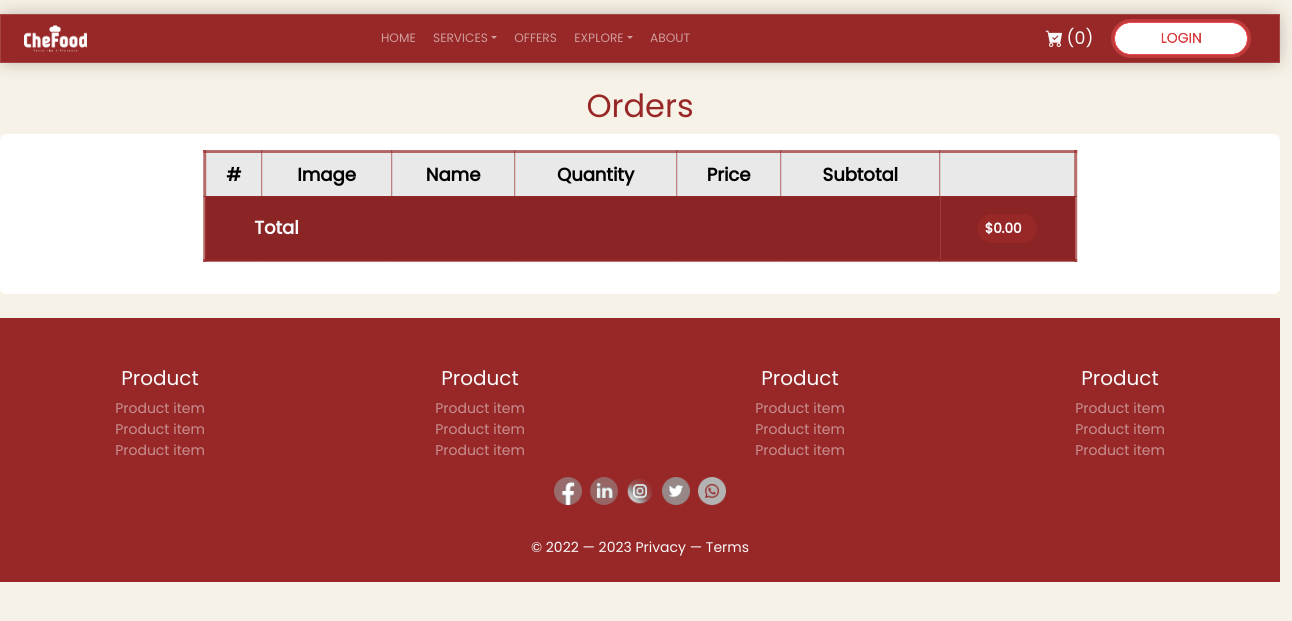
Repository: qamchamine/chefood
Page: /cart (app in front-end/)
The author's editor kept a copy of each file at every save. The page is drawn from the files as they stood at one save, then again after the next save.
The browser window is 1280 px wide. The page is 1292 px wide, so the pictures cover 1292 px, including what lies to the right of the window. The pictures show the whole page.
The project was rebuilt for these pictures with package versions that can differ from the ones it lists, and the page was loaded fresh each time. Some packages were replaced by stand-ins written for this rebuild. Also part of the build but not shown: front-end/src/css/products.css, front-end/src/components/small_components/ProductCard.jsx, front-end/src/components/small_components/AddProduct.jsx, front-end/src/components/pages/sub-pages/Products.jsx, front-end/src/components/small_components/ButtonMain.jsx, front-end/src/components/small_components/HomeCard.jsx, front-end/src/components/small_components/HomeCardFullSection.jsx, front-end/src/components/pages/Home.jsx and 34 more. Imported but missing from the stored project, and not drawn on this page: front-end/src/sounds/applause.mp3, front-end/src/sounds/wheel.mp3.

Above is the page before, as saved 2023-06-25 20:34:19.

### front-end/public/index.html
<!DOCTYPE html>
<html lang="en">
  <head>
    <meta charset="utf-8" />
    <link rel="icon" href="%PUBLIC_URL%/favicon.ico" />
    <meta name="viewport" content="width=device-width, initial-scale=1" />
    <meta name="theme-color" content="#000000" />
    <meta
      name="description"
      content="Web site created using create-react-app"
    />
    <link
    rel="stylesheet"
    href="https://fonts.googleapis.com/css?family=Roboto:400,700"
  />
  <link rel="stylesheet" href="https://cdn.jsdelivr.net/npm/bootstrap-icons@1.10.5/font/bootstrap-icons.css">

    <link rel="apple-touch-icon" href="%PUBLIC_URL%/logo192.png" />
    <link rel="manifest" href="%PUBLIC_URL%/manifest.json" />

    <link rel="stylesheet" href="https://fonts.googleapis.com/icon?family=Material+Icons">

    <link rel="stylesheet" href="https://maxcdn.bootstrapcdn.com/font-awesome/4.7.0/css/font-awesome.min.css">
    <script src="https://code.jquery.com/jquery-3.5.1.min.js"></script>
    <script src="https://cdn.jsdelivr.net/npm/popper.js@1.16.0/dist/umd/popper.min.js"></script>




    <title>React App</title>
  </head>
  <body>

    <div id="root"></div>
<!--     <script src="jquery/jquery-3.6.0.js"></script>  -->
    <script src="https://unpkg.com/sweetalert/dist/sweetalert.min.js"></script>

  </body>
</html>

### front-end/src/config/ShoppingContext.jsx

  import React, { createContext, useState, useEffect } from 'react';
  import Swal from 'sweetalert2'
  import axios from 'axios';

   const ShoppingContext = createContext();

const ShoppingProvider = ({ children }) => {
/*     const [orders,setOrders] = useState([])
     */

/*       function removeFromCart(item){
        setCartItems(cartItems.filter(product => product.id !== item.id));
        Swal.fire({
          position: 'top-end',
          icon: 'success',
          title: 'Your item has been removed',
          showConfirmButton: false,
          timer: 1500
        });
      } */

      return (
    <ShoppingContext.Provider value={
        { /* orders,setOrders */
          /* products,  cartItems, removeFromCart */
        }
      }>      {children}
    </ShoppingContext.Provider>
  );
};
export { ShoppingContext, ShoppingProvider }

### front-end/src/components/Footer.jsx
import React, { useEffect } from 'react'

import Facebook from '../images/icons/facebook.png'
import Linkedin from '../images/icons/linkedin.png'
import Instagram from '../images/icons/instagram.png'
import Twitter from '../images/icons/twitter.png'
import Whatsapp from '../images/icons/whatsapp.png'
import './../css/nav-footer.css';
export default function Footer() {

    return (
        <div className='footer container-fluid' style={{ background: '#982727' }}>
            <footer className=' py-2 pt-5 d-grid text-light'>
                <div className='row justify-content-around text-center '>
                    <div className='d-grid col-6 col-sm-12 col-md-6 col-lg-4 col-xl-3'>
                        <h5>Product</h5>
                        <a className='text-decoration-none text-light opacity-50' href="">Product item</a>
                        <a className='text-decoration-none text-light opacity-50' href="">Product item</a>
                        <a className='text-decoration-none text-light opacity-50' href="">Product item</a>
                    </div>
                    <div className='d-grid col-6 col-sm-12 col-md-6 col-lg-4 col-xl-3'>
                        <h5>Product</h5>
                        <a className='text-decoration-none text-light opacity-50' href="">Product item</a>
                        <a className='text-decoration-none text-light opacity-50' href="">Product item</a>
                        <a className='text-decoration-none text-light opacity-50' href="">Product item</a>
                    </div>
                    <div className='d-grid col-6 col-sm-12 col-md-6 col-lg-4 col-xl-3'>
                        <h5>Product</h5>
                        <a className='text-decoration-none text-light opacity-50' href="">Product item</a>
                        <a className='text-decoration-none text-light opacity-50' href="">Product item</a>
                        <a className='text-decoration-none text-light opacity-50' href="">Product item</a>
                    </div>
                    <div className='d-grid col-6 col-sm-12 col-md-6 col-lg-4 col-xl-3'>
                        <h5>Product</h5>
                        <a className='text-decoration-none text-light opacity-50' href="">Product item</a>
                        <a className='text-decoration-none text-light opacity-50' href="">Product item</a>
                        <a className='text-decoration-none text-light opacity-50' href="">Product item</a>
                    </div>
                </div>
                <div className='footer-icons row justify-content-center py-3 '>
                    <div className='d-flex gap-2 justify-content-center'>
                        <a href=""> <img src={Facebook} className='footer-icon' alt="" /> </a>
                        <a href=""> <img src={Linkedin} className='footer-icon' alt="" /> </a>
                        <a href=""> <img src={Instagram} className='footer-icon' alt="" /> </a>
                        <a href=""> <img src={Twitter} className='footer-icon' alt="" /> </a>
                        <a href=""> <img src={Whatsapp} className='footer-icon' alt="" /> </a>

                    </div>
                </div>
                <div className='row justify-content-center py-3'>
                    © 2022 — 2023 Privacy — Terms
                </div>
            </footer>
        </div>

    )
}

### front-end/src/components/small_components/shopping/Cart.jsx
import React,{useContext ,useEffect, useState} from 'react';
import axios from 'axios';
import '../../../css/cart.css'
import { ShoppingContext } from '../../../config/ShoppingContext';
import { LoginContext } from '../../../config/LoginContext';
import { getProd } from '../../pages/sub-pages/Products';
export default function Cart() {
    const {orders, setOrders} = useContext(LoginContext);
    const {prod, setProd} = useContext(LoginContext);
    const {userData, setUserData} = useContext(LoginContext);
    const {isLoggedIn} = useContext(LoginContext);
    const {loading, setLoading} = useContext(LoginContext);
    const [userOrders, setUserOrders] = useState([]);

/* useEffect(() => {
  setUserOrders(orders.filter(el=>el.user_id === 1))

  console.log(userOrders);
},[]); */

    return (
        <div className="row my-4 cart-page ">
            <h2 className='text-center' style={{color:'#982727'}}>Orders</h2>
            <div className="col-md-12">
                <div className="card">
                    <div className="card-body">
                        <table className="table table-light ajouterPanierTable table-bordered">
                            <thead>
                                <tr>
                                    <th >#</th>
                                    <th >Image</th>
                                    <th >Name</th>
                                    <th >Quantity</th>
                                    <th >Price</th>
                                    <th>Subtotal</th>
                                    <th ></th>
                                </tr>
                            </thead>
                            <tbody>
                            { isLoggedIn?orders.map((item,i) => (
                                    <tr key={item.id}>

                                        <th scope="row">{i+1}</th>
                                        <td>
                {/*                             <img src={require(`../../../images/products/${prod.find(el=>el.id==item.product_id).category} (${prod.find((el,i)=>el.id===item.product_id).img}).png`)} alt={item.product_name}
                                                className="img-fluid rounded"
                                                width={60} height={60} /> */}
                                        </td>
                                        <td>{item.product_name}</td>
                                        <td>

                                            <b className="mx-2">
                                                {item.product_quantity}
                                            </b>

                                        </td>
                                        <td>{prod.find((el,i)=>el.id===item.product_id).price} <b>MAD</b> </td>
                                       <td>{(item.product_quantity * prod.find((el,i)=>el.id===item.product_id).price).toFixed(2)} MAD</td>
                                        <td>
                                            <i
                                                className="bi bi-cart-x text-danger"
                                                style={{cursor: 'pointer'}}
                                          /*       onClick={() => removeFromCart(item)} */
                                            ></i>
                                        </td>
                                    </tr>
                                )): ''
                            }
                            <tr className='cart-footer'>
                                <th  colSpan={6} className="text-start ps-5 text-light" style={{background:'#982727'}}>
                                    Total
                                </th>
                                <th style={{background:'#982727'}} colSpan={1} className=" py-3 text-light">
                                    <span style={{background:'#982727'}} className="badge text-center p-2 rounded-pill pe-3"
                                    >
                                        $
                                        {
                                            orders.reduce((acc,item) => acc += item.product_quantity * prod.find((el,i)=>el.id===item.product_id).price,0).toFixed(2)
                                        }
                                    </span>
                                </th>
                            </tr>
                            </tbody>
                        </table>
                    </div>
                </div>
            </div>
        </div>
    )
}

### front-end/src/css/home.css
.homeBG {
    height: fit-content;
    position: relative;
    right: -10%;
    top: 34%;
    z-index: -1;
    width: 100em !important;


}
@font-face {
    font-family: 'poppin';
    src: url('../fonts/Poppins/Poppins-Regular.ttf') ;
    font-weight: normal;
    font-style: normal;
  }
body {
    font-family:'poppin', sans-serif !important;
    background-color: #F7F2E7 !important;
    max-width: 100vw;
    font-weight: normal !important;
    overflow-x: hidden;
    font-size: 14px !important;
}

body::-webkit-scrollbar {
    width: 0;
}

.nb {
/*     position: fixed; */
/*     top: 1em; */
    background-color: #982727 !important;
    box-shadow: 0 0px 20px #1f020241;
    border: 1px solid #ffffff22;
}

.navbar {
    background-color: #982727 !important;
}

.changeColor {
    background-color: blue !important;
}

.signUP {
    background: white !important;
    color: #982727 !important;
    font-weight: bold !important;
    outline: 5px solid #982727ab;
    outline-offset: -2px;
    transition: 500ms ease;


}

.homeContent {
    height: 90vh;
    z-index: 0;
    margin-top: -1.5em !important;
}

.homeContent h1 {
    color: #F7F2E7;
    text-align: start;
width: 40vw !important;
}

.homeContent h1 span {
    position: relative;
    display: inline-block;
    margin-bottom: 10px;
    padding: 4px 20px 8px;
    transition: 1s ease;
}

.homeContent h1 span::before {
    content: '';
    position: absolute;
    background: #982727;
    left: 0;
    top: 0;
    z-index: -1;
    width: 100%;
    height: 100%;
    transform: skew(-10deg);
}

.homeContent h1 span:last-child::before {
    transform: skew(10deg);
}

.homeContent p {
    width: 72%;
    color: #982727;
    text-align: left;
}

.homeContent .homeMainButtons {
    width: 72%;
}

.cardBtn {
    transition: 1s ease;
}

.cardBtn:hover {
    filter: brightness(130%);

}

.cardBtn i {
    left: 63%;
    transition: 300ms ease;
}

.cardBtn:hover i {
    left: 75%;
}

.btnMain:hover {
    filter: brightness(130%);
}

.card-img-top {
    object-fit: cover;
}

.signUP:hover {

    background: #982727 !important;
    color: white !important;
    font-weight: bold !important;
    outline: 5px solid #ffffff55;
    outline-offset: -4px;
}

.cardsGroup:not(:first-child) {
    translate: 50% 0;
}

.arrow-1-1 {
    position: absolute;
    top: 50%;
    left: 0;
}

.home .carousel-control-prev-icon,
.home .carousel-control-next-icon {

    width: 1.3em;
    height: 1.3em;
    color:black !important;

    outline: 12px solid #982929;
    outline-offset: -1px;
    background-color: #982929;
    background-size: 100%, 100%;
    border-radius: 50%;
    box-shadow: 0 0 10px black;
}

.home .carousel-control-prev,
.home .carousel-control-next {
    z-index: 10;
    width: 4em !important;
/*     background: red; */

}

/* .py-4 {
    padding-top: 0rem !important;
    padding-bottom: 0rem !important;
} */

.nb{
    zoom:87%;
}

### front-end/src/css/cart.css
.ajouterPanierTable td{
    font-size: .9em;
    width: fit-content !important;
    text-align: center;
}
.ajouterPanierTable th{
    width: fit-content !important;
    text-align: center;
    background: rgba(0, 0, 0, 0.088) !important;
}
.ajouterPanierTable .cart-footer{
    background: #982727 !important;
    vertical-align: middle !important;
}

.ajouterPanierTable {
width: 70% !important;
position: relative;
left: 50%;
translate: -50% 0;
border: .2em solid #982727aa !important;
}
.cart-page .card {
    box-shadow:none;
}

### front-end/src/css/Reviews.css
.Reviews-color
{
  color : #982727;
  text-transform: uppercase;
  letter-spacing: 0.5em;
}
.Reviews-paragraph
{
  font-size: 0.8em;
}
.parent-card{
    margin-top:50px !important;
}
.card
{
    border: none !important;
    box-shadow: 0 4px 8px 0 rgba(0, 0, 0, 0.2), 0 6px 20px 0 rgba(0, 0, 0, 0.19);
}
.user-name
{
    color : #000D7E;
}
.description
{
    color: #982727;
    font-size: 0.75em;
}
.comment{
    margin:5px;
    font-size:0.55em;
}
.reviewCardImage{
    margin-top:16px;
}
.reviewCard:hover .reviewCardImage{
    scale:1.2;
    margin-inline:.3em;
}
.reviewCard:hover .reviewCardImage{
    transition:300ms ease;
}
.reviewCard:hover .hoverstar{
    scale:1.2;
    margin-inline:.3em;
}
.reviewCard .hoverstar{
    transition:300ms ease;
}
.reviewCardImage{
    width:40%;
    transition:300ms ease;
}

.reviewCard strong{
    left:50%;
    translate:-50% 0;
    width:100%;
    bottom:.9em;
}

.the-bottom-page{
    margin-top:25px;
    position: absolute;
    left: auto;
    right: 0;
}

@media (max-width: 1200px) { /* Extra large devices (large desktops, 1200px and up) */
    .card {
      width: 100%;
    }
    .col-4 {
      width: 33.33333333%;
    }
    strong img{
        width: 19px;
    }
  }
  @media (max-width: 1118px) { /* Large devices (desktops, 992px and up) */
    .card {
      width: 100%;
    }
    .col-4 {
        width: 33.33333333%;
    }
    strong img{
        width: 16px;
    }
  }
  @media (max-width: 992px) { /* Medium devices (tablets, 768px and up) */
    .card {
        width: 140%;
    }
  }
  @media (max-width: 770px) { /* Medium devices (tablets, 768px and up) */
    .card {
        width: 95%;
    }
    .col-4 {
        width: 25% !important;
    }
    .parent-card
    {
        --bs-gutter-x: 0.5rem;
        display: grid !important;
        grid-template-columns: repeat(2, 1fr);
    }
    .col-4 {
        margin-top:10px !important;
        width: 60% !important;
    }
  }
  @media (max-width: 716px) { /* Small devices (landscape phones, 576px and up) */

    .card {
        width: 95%;
    }
        strong img{
        width: 16px;
    }
  }
  @media only screen and (max-width: 576px){ /* Small devices (landscape phones, 576px and up) */

    .card {
        width: 95%;
    }
    .col-md-2 {
        flex: 0 0 16.666667%;
        max-width: 16.666667%;
    }
    strong img{
        width: 16px;
    }
  }

  @media only screen and (max-width: 528px){ /* Small devices (landscape phones, 576px and up) */

    .card {
        width: 70%;
        margin-left:30px;
    }
    .parent-card
    {
        --bs-gutter-x: 0.5rem;
        display: grid !important;
        grid-template-columns: repeat(1, 1fr);
    }
    .col-md-2 {
        flex: 0 0 16.666667%;
        max-width: 16.666667%;
    }
    strong img{
        width: 16px;
    }
  }

  @media only screen and (max-width: 365px){ /* Small devices (landscape phones, 576px and up) */

    .card {
        width: 80%;
        margin-left:20px;
    }
    .parent-card
    {
        --bs-gutter-x: 0.5rem;
        display: grid !important;
        grid-template-columns: repeat(1, 1fr);
    }
    .col-md-2 {
        flex: 0 0 16.666667%;
        max-width: 16.666667%;
    }
    strong img{
        width: 16px;
    }
  }

### front-end/src/css/location.css
@import url('https://fonts.googleapis.com/css2?family=Roboto:wght@100&display=swap');

.location-color
{
  color : #982727;
  text-transform: uppercase;
  letter-spacing: 0.3em;
}
.where-restorant
{
    width: 459px;
    margin:auto;
}
.restorant-location-title{
    font-family: 'Century Gothic';
    font-size:32px;
    font-weight:400;
}
.restorant-location-line{
    background:#B12222;
    height: 3px;
    width: 450px;
    display: inline-block;
    margin: 15px auto;
}
.restorant-location-p
{
    color:#000000 75%;
    font-size: 15px;
    font-weight: 400;
    font-family: 'Roboto', sans-serif;
}
.main-location{
    display: grid !important;
    grid-template-columns: repeat(2, 1fr);
    flex-direction: column;
    justify-content: center;
    align-items: center;
    text-align:center;
}
.restorant-location-btn{
    background-color: #B12222;
    border: none;
    width: 300px;
    height: 40px;
    border-radius: 15px;
    color: #fff;
}
.restorant-location-btn:hover{
    background-color: #fff;
    border: 2px solid #B12222;
    border-radius: 15px;
    color: #B12222;
}
.location-icon{
    margin-right: 15px;
}


  @media (max-width: 1123px) { /* Extra large devices (large desktops, 1200px and up) */
    .earth-image img{
        width: 450px;
    }
  }
  @media (max-width: 992px) { /* Medium devices (tablets, 768px and up) */
    .earth-image img{
        width: 400px;
    }
    .where-restorant {
        width: 400px;
        margin: auto;
    }
    .restorant-location-line{
        width: 350px;
        display: inline-block;
    }
  }
  @media (max-width: 868px) { /* Medium devices (tablets, 768px and up) */

    .earth-image img{
        width: 380px;
    }
    .where-restorant {
        width: 380px;
        margin: auto;
    }
    .restorant-location-line{
        width: 320px;
        display: inline-block;
    }
    .restorant-location-p{
        font-size: 13px;
    }
    .restorant-location-title{
        font-size:28px;
    }

  }
  @media (max-width: 783px) { /* Small devices (landscape phones, 576px and up) */
    .earth-image img{
        margin-top: 30px;
        width: 380px;
    }
    .where-restorant {
        width: 380px;
        margin: auto;
    }
    .restorant-location-line{
        width: 320px;
        display: inline-block;
    }
    .restorant-location-p{
        font-size: 15px;
    }
    .restorant-location-title{
        font-size:32px;
    }
    .main-location{
        display: grid !important;
        grid-template-columns: repeat(1, 1fr);
        justify-items: center;
        text-align:center;
    }
  }
  @media(max-width: 401px){ /* Small devices (landscape phones, 576px and up) */
    .earth-image img{
        width: 330px;
        margin-top: 30px;
    }
    .where-restorant {
        width: 330px;
        margin: auto;
    }
    .restorant-location-line{
        width: 320px;
        display: inline-block;
    }
    .restorant-location-p{
        font-size: 13px;
    }
    .restorant-location-title{
        font-size:28px;
    }
    .main-location{
        display: grid !important;
        grid-template-columns: repeat(1, 1fr);
        justify-items: center;
        text-align:center;
    }
  }

### front-end/src/css/Timer.css

@import url(https://fonts.googleapis.com/css?family=Titillium+Web:400,200,200italic,300,300italic,900,700italic,700,600italic,600,400italic);

/* .timer {
  font-family: 'Titillium Web', cursive;
  width: 800px;
  margin: 0 auto;
  text-align: center;
  color: white;
  background: #222;
  font-weight: 100;
} */

.timer {
  display: inline-flex;
  line-height: 1;
  padding: 20px;
  font-size: 40px;
  font-family: 'Times New Roman', cursive;


}
.timerD{
    border-radius: 2px;
    padding: 5px;
    font-size: 10px;
    border: 70px rgb(131, 55, 55);
    box-shadow:2px 2px 4px rgba(0, 0, 0, 0.4), 4px 4px 8px rgba(0, 0, 0, 0.2);
}

.Stime {
  display: block;
  font-size: 20px;
  color: rgb(206, 178, 19);

}

#days {
  font-size: 80px;
  color: rgb(92, 25, 5);
  background-color:rgb(230, 230, 234);

  margin: 15px;
}
#hours {
  font-size: 80px;
  color: rgb(92, 25, 5);
  background-color:rgb(230, 230, 234);
  margin: 15px;
}
#minutes {
  font-size: 80px;

  color: rgb(92, 25, 5);
  background-color:rgb(230, 230, 234);
  margin: 15px;
}
#seconds {
  font-size: 80px;
  color: rgb(92, 25, 5);
  background-color:rgb(230, 230, 234);
  margin: 15px;
}

Loaded but not shown: front-end/src/index.css (common file); front-end/src/config/LoginContext.js (93 lines, source omitted); front-end/src/App.js (42 lines, source omitted); front-end/src/index.js (24 lines, source omitted); front-end/src/css/reservation.css (400 lines, source omitted); front-end/src/components/Navbar.jsx (179 lines, source omitted); front-end/src/css/nav-footer.css (258 lines, source omitted); front-end/src/css/contactus.css (178 lines, source omitted)

After the next save:
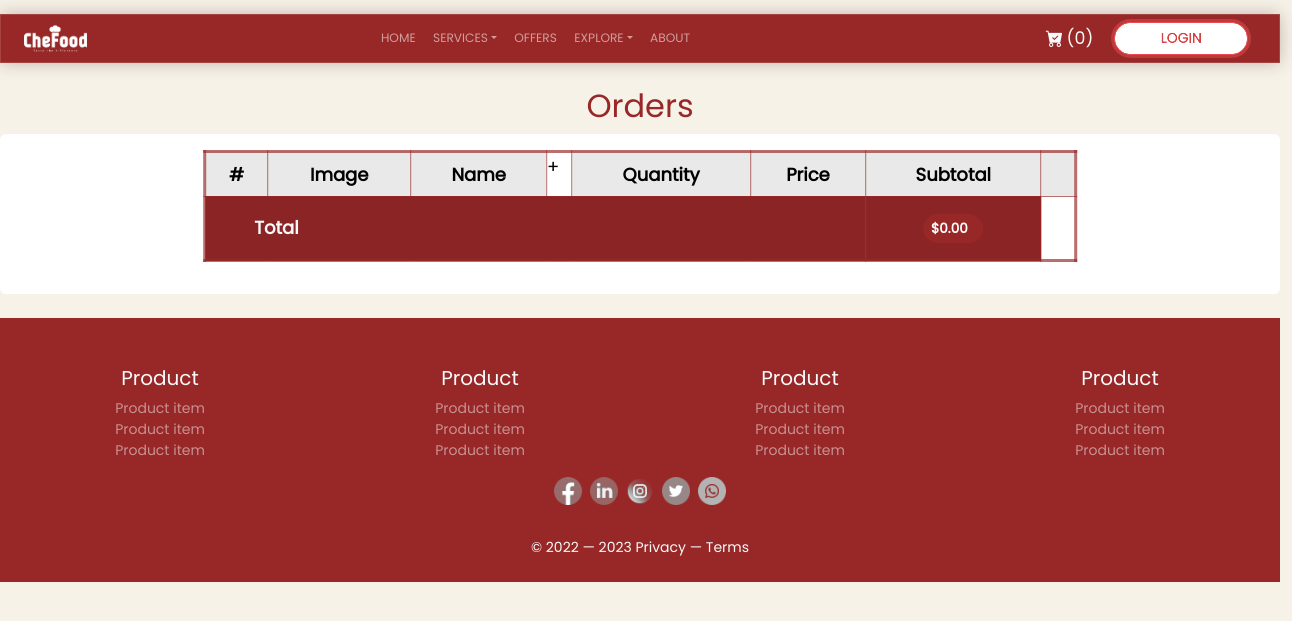
Saved 18 s later.
--- a/front-end/src/components/small_components/shopping/Cart.jsx
+++ b/front-end/src/components/small_components/shopping/Cart.jsx
@@ -29,7 +29,7 @@ export default function Cart() {
                                 <tr>
                                     <th >#</th>
                                     <th >Image</th>
-                                    <th >Name</th>
+                                    <th >Name</th>+
                                     <th >Quantity</th>
                                     <th >Price</th>
                                     <th>Subtotal</th>
